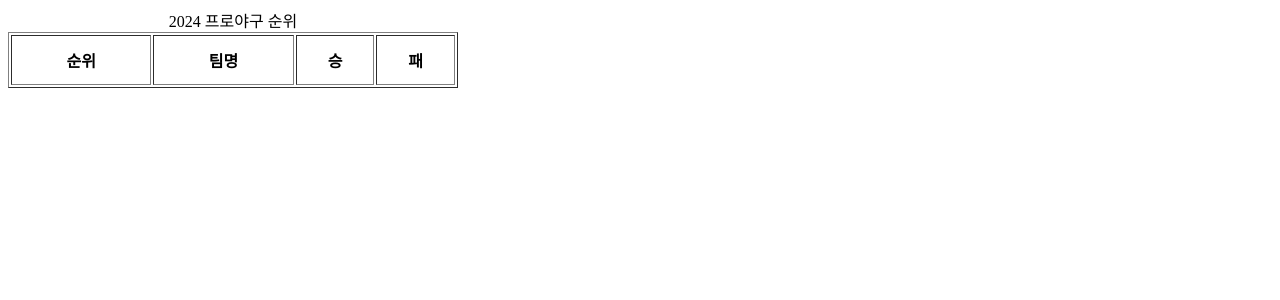
Repository: jinaa11/Kcc_Web
Page: Html/WebContent/table.html
The author's editor kept a copy of each file at every save. The page is drawn from the files as they stood at one save, then again after the next save.
The browser window is 1280 px wide. The pictures show the whole page.

Above is the page before, as saved 2024-07-08 05:19:24.

After the next save:
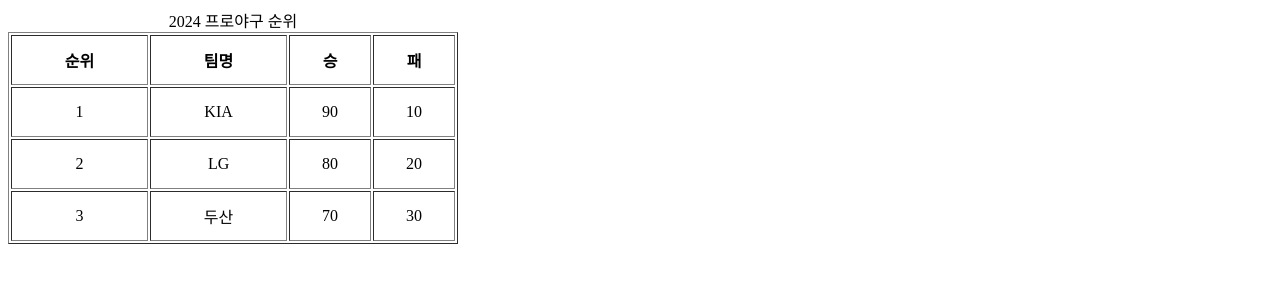
Saved 93 s later.
--- a/Html/WebContent/table.html
+++ b/Html/WebContent/table.html
@@ -15,6 +15,26 @@
 				<th>패</th>
 			</tr>
 		</thead>
+		<tbody>
+			<tr height="50" align="center">
+				<td>1</td>
+				<td>KIA</td>
+				<td>90</td>
+				<td>10</td>
+			</tr>
+			<tr height="50" align="center">
+				<td>2</td>
+				<td>LG</td>
+				<td>80</td>
+				<td>20</td>
+			</tr>
+			<tr height="50" align="center">
+				<td>3</td>
+				<td>두산</td>
+				<td>70</td>
+				<td>30</td>
+			</tr>
+		</tbody>
 	</table>
 </body>
 </html>
